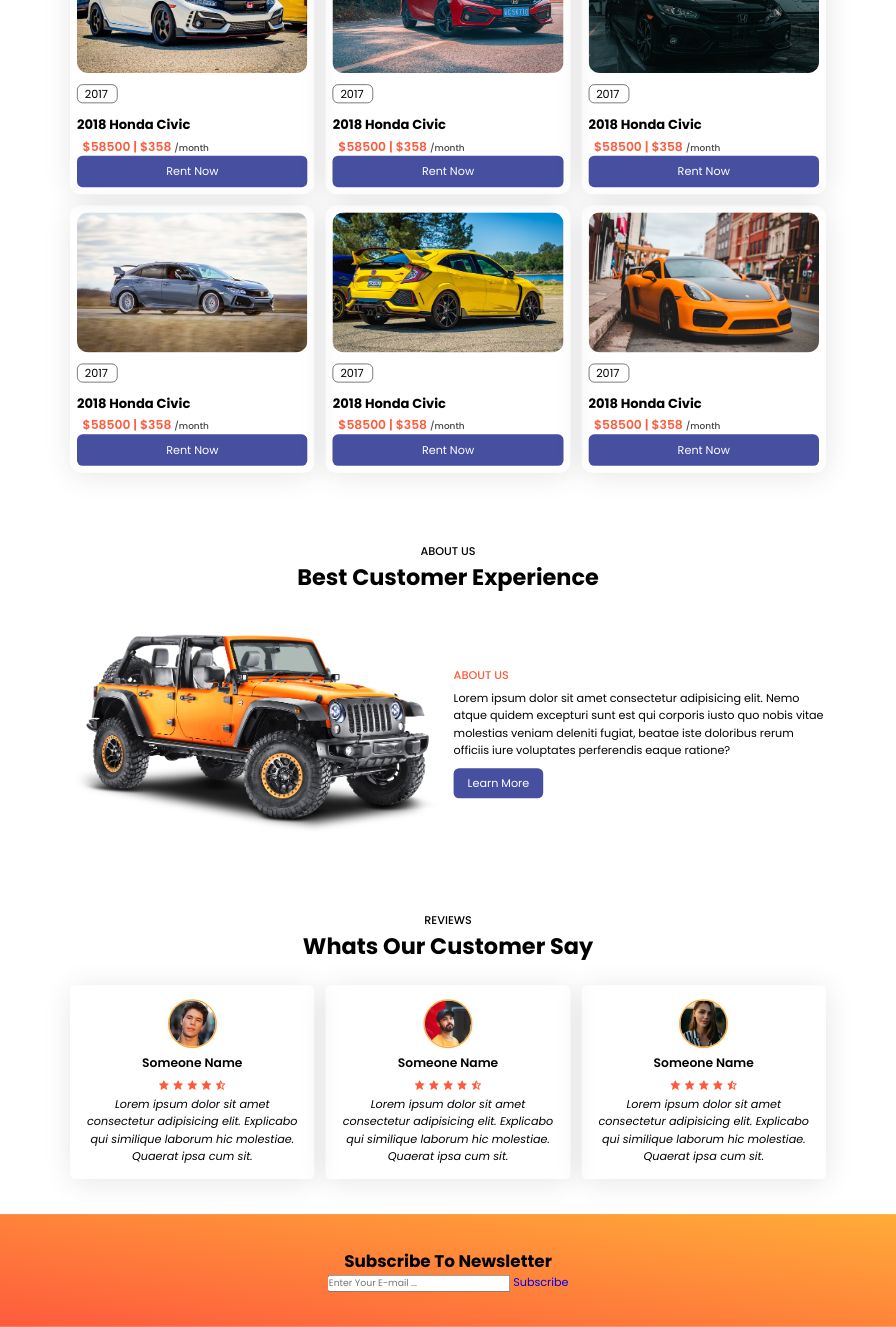
Repository: douglasabnovato/car-rental
Page: index.html
An editor plug-in stored every save of this project. The page is shown before and after a run of saves, followed by the edit.
The browser window is 1280 px wide. The pictures show the part of the page from y = 1488 to 3408 px (the page is 3384 px tall before and 3408 px after), at 70% of full size.

Above is the page before, as saved 2025-05-16 16:57:50.

After the next 2 saves:
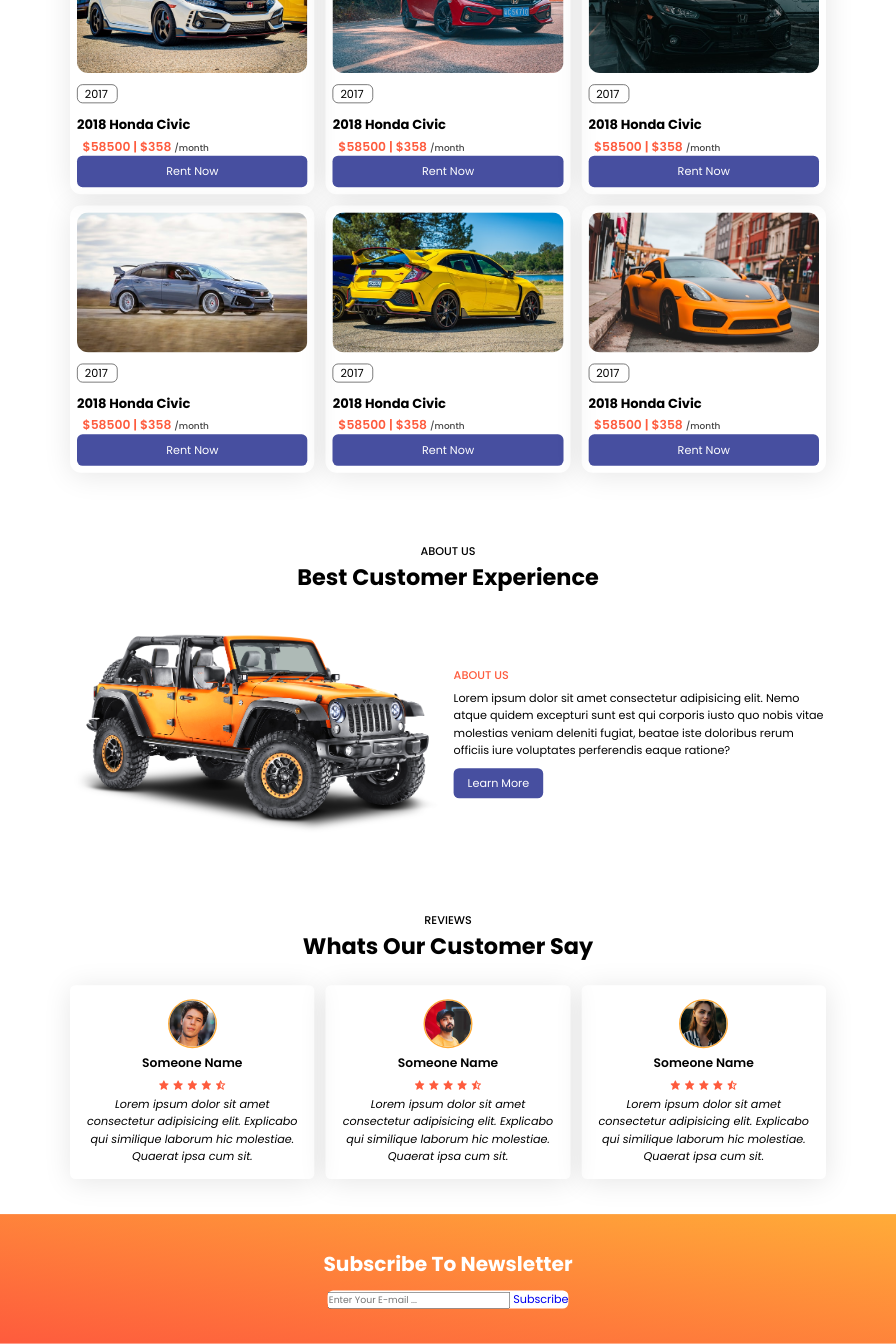
The 2 saves are shown as one change because they came seconds apart.
The last was saved 74 s later.
--- a/style.css
+++ b/style.css
@@ -389,5 +389,12 @@ header {
 }
 
 .newsletter h2 {
-
-}
+  color: #fff;
+  font-size: 1.8rem;
+}
+
+.newsletter .box {
+  margin-top: 1rem;
+  background: #fff;
+  border-radius: 0.5rem;
+}
